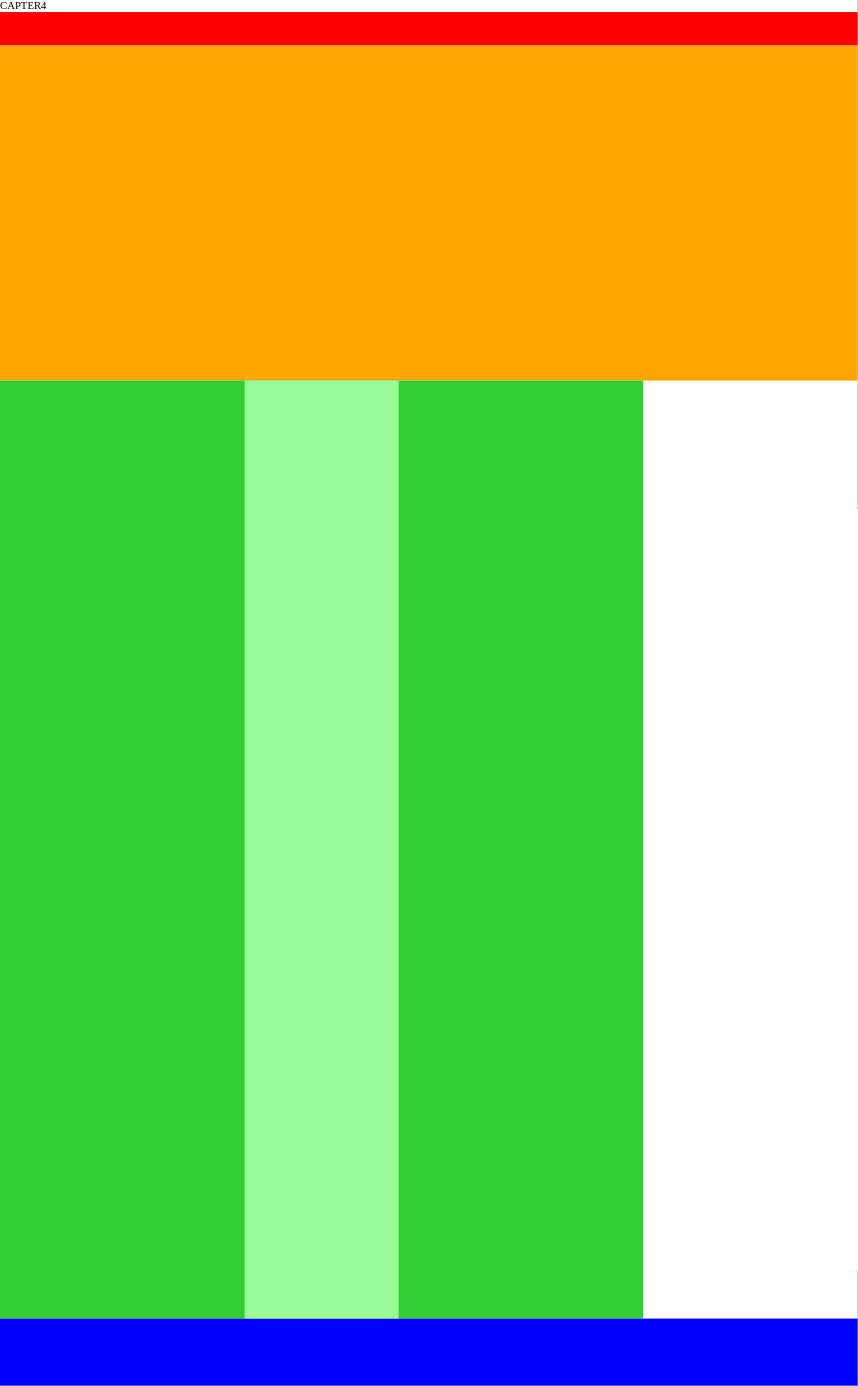
Repository: dsjanainoyo/html
Page: capter4.exercise/capter4.exercize.html
The author's editor kept a record of every edit. The page is drawn from the files as they stood at one moment, then again after the next edit.
The browser window is 1280 px wide. The pictures show the whole page, at 67% of full size.

Above is the page before.

### capter4.exercise/capter4.exercize.html
<!DOCTYPE html>
<html lang="ja">
  <head>
    <meta charset="UTF-8">
    <link rel="stylesheet" href="capter4.exercise.css"
    <title>CAPTER4</title>
  </head>
  <body>
    <div class="header"></div>
    <div class="main-visual"></div>
    <div class="main">
      <div class="sidebar-left"></div>
      <div class="blog"></div>
      <div class="sidebar-right"></div>
    </div>
    <div class="footer"></div>
  </body>

### capter4.exercise/capter4.exercise.css
*{
  margin:0;
  padding:0;
  box-sizing:border-box;
}

.header{
  width:100%;
  height:50px;
  background-color:red;
}

.main-visual{
  width:100%;
  height:500px;
  background-color:orange;
}

.main{
  width:960px;
  height:1400px;
  background-color:limegreen;
  display:flex;
  justify-content:center;
}

.sidebar-left{
  width:230px;
  height:1400px;
  background-color:palegreen;
}

.sidebar-right{
  width:;
  height:1400px;
  background-color:palegreen;
}

.footer{
  width:100%;
  height:100px;
  background-color:blue;
}

After the next edit:
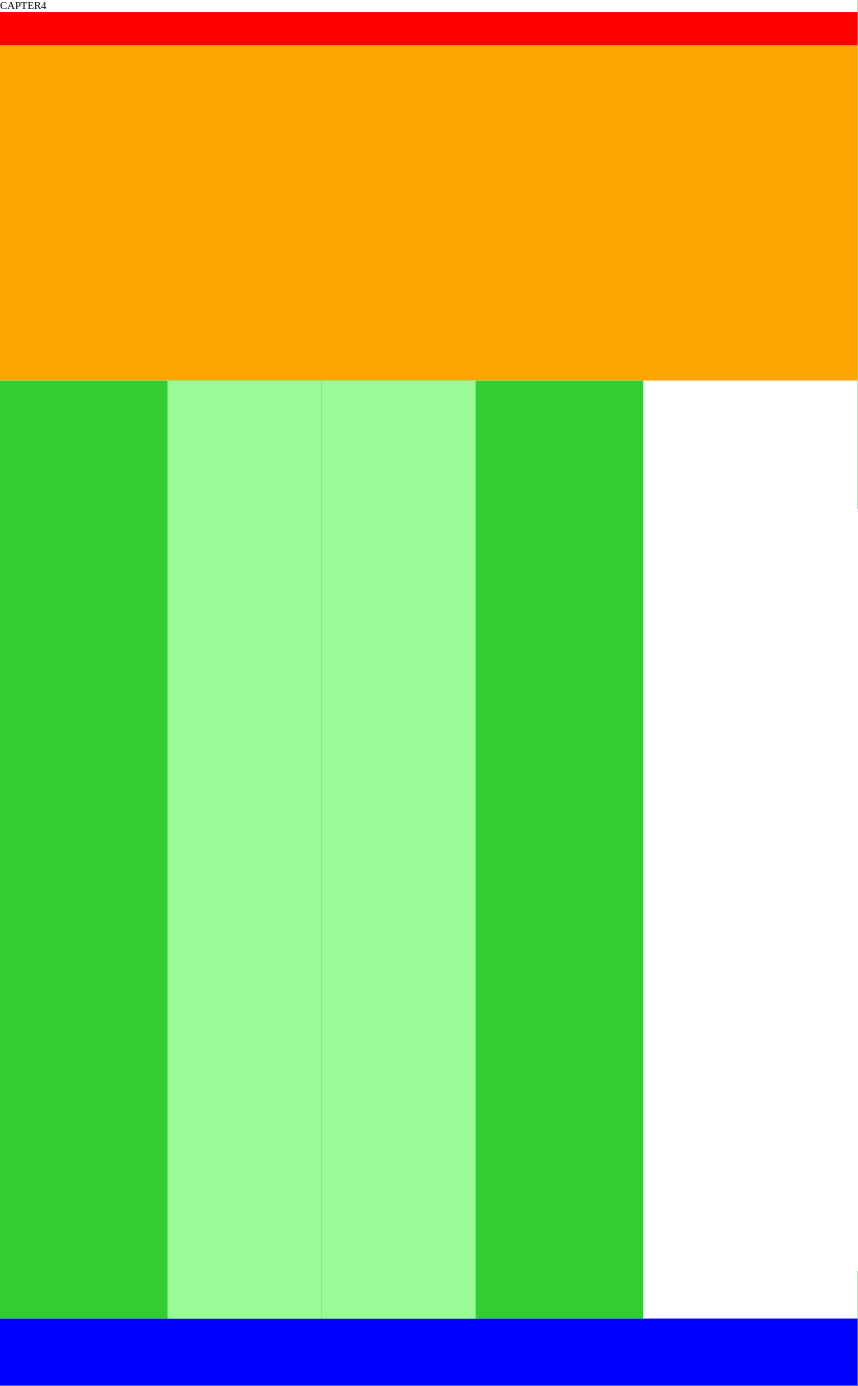
The edit:
--- a/capter4.exercise/capter4.exercise.css
+++ b/capter4.exercise/capter4.exercise.css
@@ -31,7 +31,7 @@
 }
 
 .sidebar-right{
-  width:;
+  width:230px;
   height:1400px;
   background-color:palegreen;
 }
